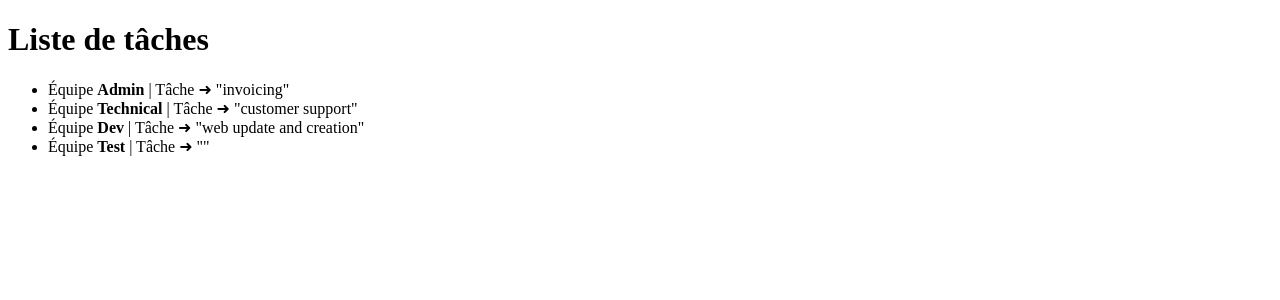
Repository: 0Memo/tasksHandler
Page: http://localhost/tasks
An editor plug-in stored every save of this project. The page is shown before and after the next save, followed by the edit.
The browser window is 1280 px wide. The pictures show the whole page.
The page is served by the project's Laravel application, run on PHP 8.4 with Laravel 10.

Above is the page before, as saved 2023-05-22 14:21:07.

After the next save:
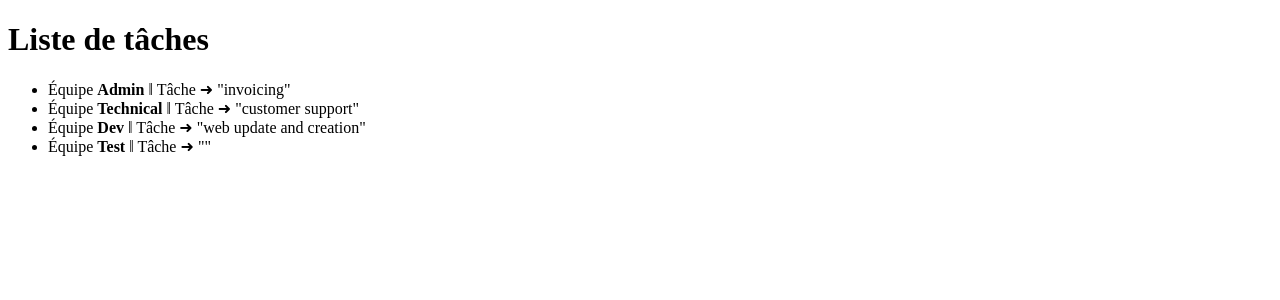
Saved 87 s later.
--- a/resources/views/tasksList.blade.php
+++ b/resources/views/tasksList.blade.php
@@ -7,7 +7,7 @@
     <h1>Liste de tâches</h1>
     <ul>
         @foreach($tasks as $task)
-            <li>Équipe <strong>{{ $task['team_name'] }}</strong> | Tâche ➜ "{{ $task['task'] }}"</li>
+            <li>Équipe <strong>{{ $task['team_name'] }}</strong> ‖ Tâche ➜ "{{ $task['task'] }}"</li>
         @endforeach
     </ul>
 </body>

After the save that followed:
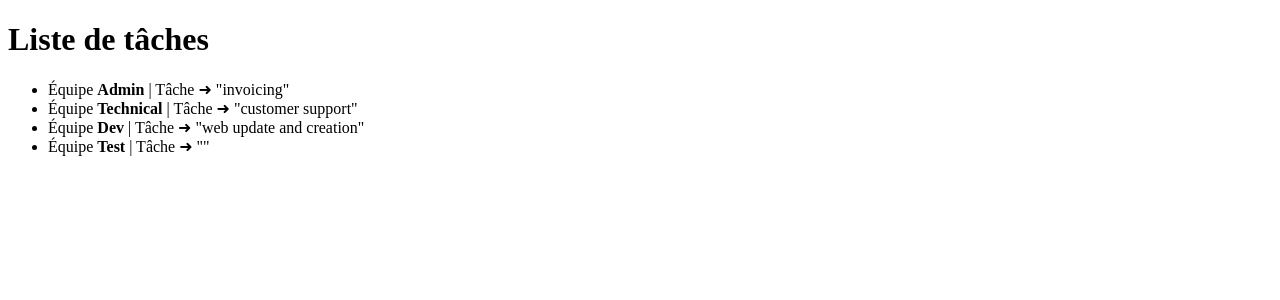
Saved 14 s later.
--- a/resources/views/tasksList.blade.php
+++ b/resources/views/tasksList.blade.php
@@ -7,7 +7,7 @@
     <h1>Liste de tâches</h1>
     <ul>
         @foreach($tasks as $task)
-            <li>Équipe <strong>{{ $task['team_name'] }}</strong> ‖ Tâche ➜ "{{ $task['task'] }}"</li>
+            <li>Équipe <strong>{{ $task['team_name'] }}</strong> | Tâche ➜ "{{ $task['task'] }}"</li>
         @endforeach
     </ul>
 </body>
